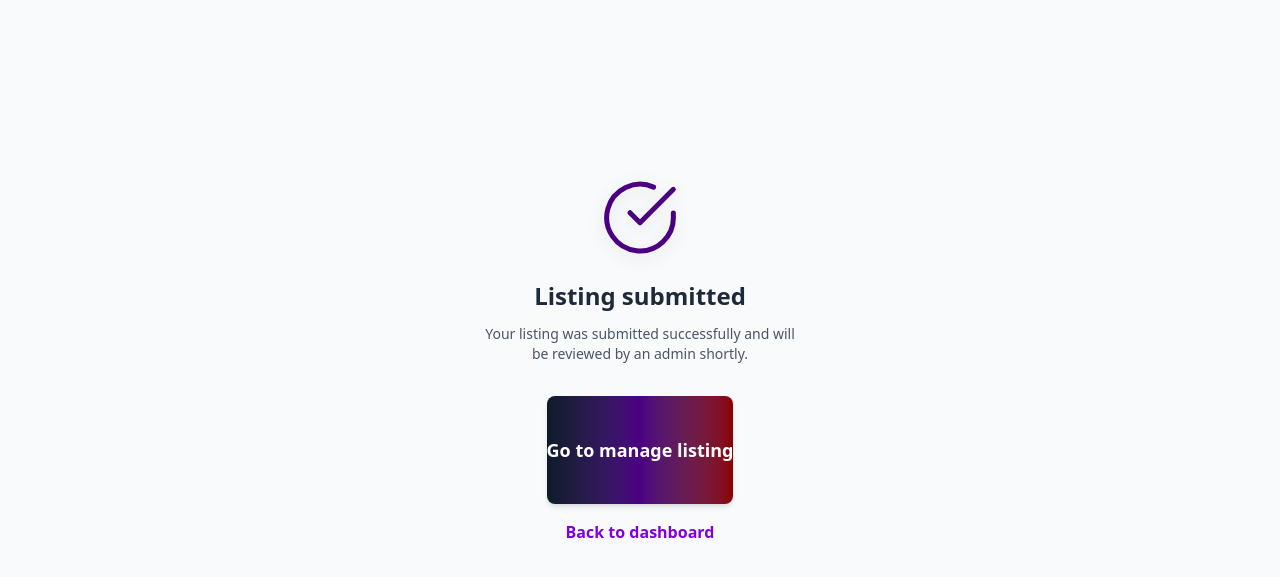
Repository: Em-driod/spotify-clone
Page: /third
The author's editor kept a copy of each file at every save. The page is drawn from the files as they stood at one save, then again after the next save.
The browser window is 1280 px wide. The pictures show the whole page.
The project was rebuilt for these pictures with package versions that can differ from the ones it lists, and the page was loaded fresh each time. Also part of the build but not shown: vite.config.ts, src/pages/veryify.tsx, src/pages/LandingPage.tsx, src/pages/Back.tsx, src/pages/Change.tsx, src/pages/onboard.tsx, src/pages/Skips.tsx, src/pages/Otp.tsx and 12 more.

Above is the page before, as saved 2025-07-09 19:04:34.

After the next save:
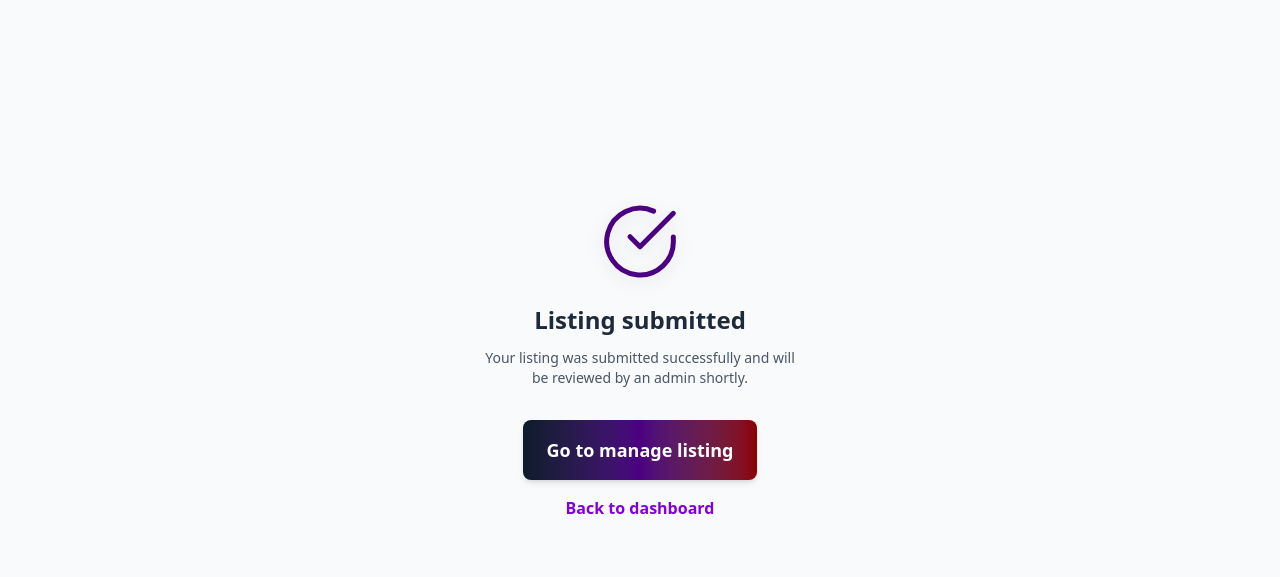
Saved 20 s later.
--- a/src/pages/Third.tsx
+++ b/src/pages/Third.tsx
@@ -36,7 +36,7 @@ const Third = () => {
         {/* Go to manage listing Button */}
         <Link to='/manage'>
         <button
-          className="w-full max-w-sm py-10 rounded-lg text-lg font-bold text-white shadow-md transition-all duration-300 mb-4
+          className="w-full max-w-sm py-4 px-6 rounded-lg text-lg font-bold text-white shadow-md transition-all duration-300 mb-4
           bg-gradient-to-r from-[#0d1b2a] via-[#4b0082] to-[#8b0000] hover:from-purple-900 hover:to-purple-600"
           >
           Go to manage listing
